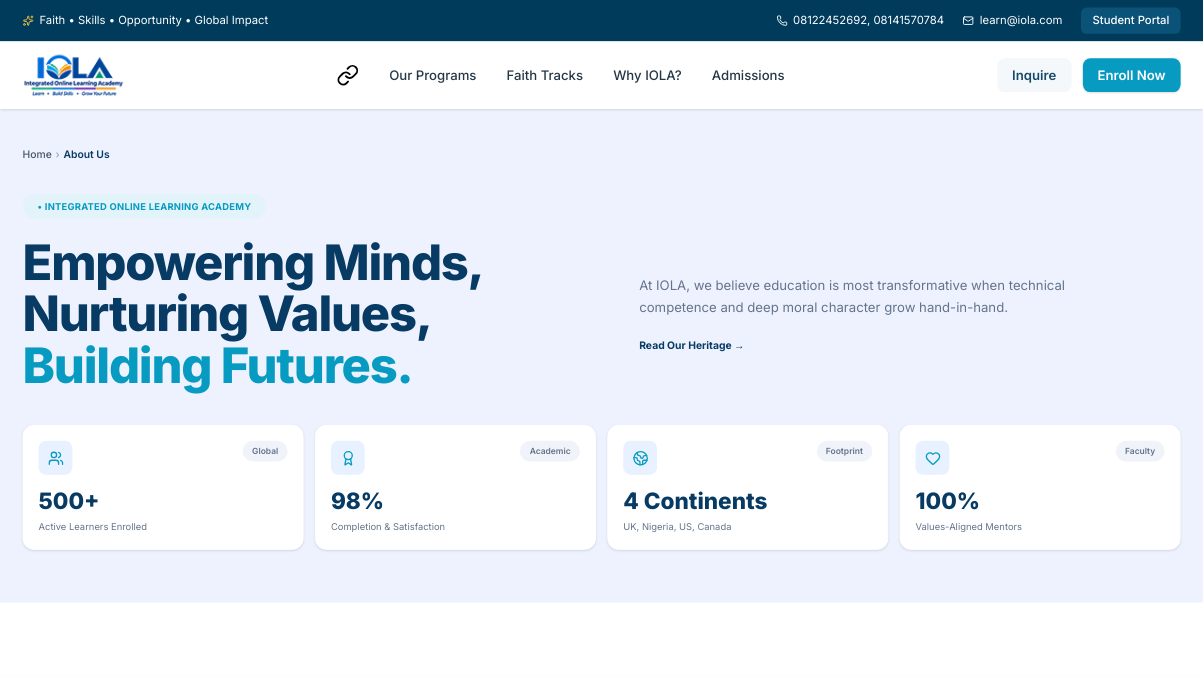
Repository: segunrotini/iola
Page: /about
An editor plug-in stored every save of this project. The page is shown before and after the next save, followed by the edit.
The browser window is 1280 px wide. The pictures show the whole page, at 94% of full size.
The project was rebuilt for these pictures with package versions that can differ from the ones it lists, and the page was loaded fresh each time. Also part of the build but not shown: vite.config.ts, src/components/home/Hero-section.tsx, src/components/home/WhyChooseUs.tsx, src/components/home/Programs.tsx, src/components/home/Testimonials.tsx, src/components/home/LearningProcess.tsx, src/components/home/AdmissionSection.tsx, src/components/home/Footer.tsx and 1 more.

Above is the page before, as saved 2026-10-07 14:03:15.

### index.html
<!doctype html>
<html lang="en">
  <head>
    <meta charset="UTF-8" />
    <link rel="icon" type="image/svg+xml" href="/favicon.svg" />
    <meta name="viewport" content="width=device-width, initial-scale=1.0" />
    <title>integrated-online-learning-academy</title>
  </head>
  <body>
    <div id="root"></div>
    <script type="module" src="/src/main.tsx"></script>
  </body>
</html>

### src/index.css
@import url('https://fonts.googleapis.com/css2?family=Inter:wght@400;500;600;700;800&family=Montserrat:wght@400;500;600;700;800&display=swap');
@import "tailwindcss";

:root {
	font-family: "Inter", "Montserrat", sans-serif;
}

### src/App.tsx

import { Route, Routes } from "react-router-dom";
import AboutUs from "./components/pages/public/Aboutus";
import Homepage from "./components/pages/public/Hompage";

function App() {
  return (
    <Routes>
      <Route path="/" element={<Homepage />} />
      <Route path="/about" element={<AboutUs />} />

    </Routes>
  );
}

export default App;

### src/components/pages/public/Aboutus.tsx

import AboutHero from "../../home/Abouthero";


import Nav from "../../home/Nav";
import Topbar from "../../home/topbar";

function AboutUs() {
  return (
    <>
      <Topbar/>
      <Nav />
      <AboutHero />
    </>
  );
}

export default AboutUs;

### src/components/home/Abouthero.tsx
import {
  Award,
  Globe2,
  Heart,
  Users,
} from "lucide-react";

const stats = [
  {
    icon: Users,
    badge: "Global",
    value: "500+",
    label: "Active Learners Enrolled",
  },
  {
    icon: Award,
    badge: "Academic",
    value: "98%",
    label: "Completion & Satisfaction",
  },
  {
    icon: Globe2,
    badge: "Footprint",
    value: "4 Continents",
    label: "UK, Nigeria, US, Canada",
  },
  {
    icon: Heart,
    badge: "Faculty",
    value: "100%",
    label: "Values-Aligned Mentors",
  },
];

function AboutHero() {
  return (
    <section className="bg-[#EEF2FF]">
      <div className="mx-auto max-w-7xl px-4 pb-12 pt-8 sm:px-6 sm:pb-14 sm:pt-10">
        <div className="text-[11px] font-medium text-[#475569]">
          Home
          <span className="mx-1 text-[#94A3B8]">›</span>
          <span className="font-semibold text-[#073B63]">About Us</span>
        </div>

        <div className="mt-8 grid items-center gap-10 lg:grid-cols-2 lg:gap-20">
          <div>
            <span className="inline-flex items-center rounded-full bg-[#E2F4FA] px-4 py-1.5 text-[10px] font-bold uppercase tracking-wide text-[#079BC2]">
              • Integrated Online Learning Academy
            </span>

            <h1 className="mt-5 max-w-xl text-4xl font-extrabold leading-[1.05] tracking-tight text-[#073B63] sm:text-5xl lg:text-[52px]">
              Empowering Minds,
              <br />
              Nurturing Values,
              <br />
              <span className="text-[#079BC2]">Building Futures.</span>
            </h1>
          </div>

          <div className="lg:pt-12">
            <p className="max-w-lg text-sm leading-6 text-[#64748B]">
              At IOLA, we believe education is most transformative when
              technical competence and deep moral character grow
              hand-in-hand.
            </p>

            <a
              href="#heritage"
              className="mt-5 inline-flex text-[11px] font-bold text-[#073B63] transition hover:text-[#079BC2]"
            >
              Read Our Heritage →
            </a>
          </div>
        </div>

        <div className="mt-9 grid gap-3 sm:grid-cols-2 lg:grid-cols-4">
          {stats.map((stat) => {
            const Icon = stat.icon;

            return (
              <div
                key={stat.value}
                className="rounded-xl border border-white bg-white p-4 shadow-sm"
              >
                <div className="flex items-start justify-between">
                  <div className="flex h-9 w-9 items-center justify-center rounded-lg bg-[#E8F1FF]">
                    <Icon size={17} className="text-[#079BC2]" />
                  </div>

                  <span className="rounded-full bg-[#F1F3FA] px-2.5 py-1 text-[9px] font-semibold text-[#64748B]">
                    {stat.badge}
                  </span>
                </div>

                <p className="mt-4 text-2xl font-extrabold leading-none text-[#073B63]">
                  {stat.value}
                </p>

                <p className="mt-2 text-[10px] text-[#64748B]">
                  {stat.label}
                </p>
              </div>
            );
          })}
        </div>
      </div>
    </section>
  );
};

export default AboutHero;

### src/components/home/Nav.tsx
import { Link, Menu, X } from "lucide-react";
import { useState } from "react";
import logo from "../../assets/logo.png";

const Navbar = () => {
  const [isOpen, setIsOpen] = useState(false);

  return (
    <nav className="relative bg-white shadow-sm">
      <div className="mx-auto flex max-w-7xl items-center justify-between px-4 py-3 sm:px-6">
        <a href="/" className="flex items-center">
          <img

            src={logo}
            alt="logo"
            className="h-12 w-auto object-contain"
          />
        </a>

        <div className="hidden items-center gap-8 lg:flex">
           <Link to="/about" >
              About Us
            </Link>
          <a
            href="#programs"
            className="text-sm font-medium text-[#263746] transition hover:text-[#008DB2]"
          >
            Our Programs
          </a>

          <a
            href="#faith-tracks"
            className="text-sm font-medium text-[#263746] transition hover:text-[#008DB2]"
          >
            Faith Tracks
          </a>

          <a
            href="#why-iola"
            className="text-sm font-medium text-[#263746] transition hover:text-[#008DB2]"
          >
            Why IOLA?
          </a>

          <a
            href="#admissions"
            className="text-sm font-medium text-[#263746] transition hover:text-[#008DB2]"
          >
            Admissions
          </a>
        </div>

        <div className="hidden items-center gap-3 lg:flex">
          <a
            href="#inquire"
            className="rounded-lg bg-[#F4F8FA] px-4 py-2 text-sm font-semibold text-[#164A6B] transition hover:bg-[#E8F1F5]"
          >
            Inquire
          </a>

          <a
            href="#enroll"
            className="rounded-lg bg-[#079BC2] px-4 py-2 text-sm font-semibold text-white shadow-sm transition hover:bg-[#0789AB]"
          >
            Enroll Now
          </a>
        </div>

        <button
          type="button"
          onClick={() => setIsOpen(!isOpen)}
          className="rounded-lg p-2 text-[#003B5C] lg:hidden"
          aria-label="Toggle navigation"
        >
          {isOpen ? <X size={24} /> : <Menu size={24} />}
        </button>
      </div>

      {isOpen && (
        <div className="border-t border-gray-100 bg-white px-4 pb-5 pt-3 lg:hidden">
          <div className="flex flex-col gap-1">
            <a
              href="#about"
              onClick={() => setIsOpen(false)}
              className="rounded-lg px-3 py-3 text-sm font-medium text-[#263746] hover:bg-[#F4F8FA]"
            >
              About Us
            </a>

            <a
              href="#programs"
              onClick={() => setIsOpen(false)}
              className="rounded-lg px-3 py-3 text-sm font-medium text-[#263746] hover:bg-[#F4F8FA]"
            >
              Our Programs
            </a>

            <a
              href="#faith-tracks"
              onClick={() => setIsOpen(false)}
              className="rounded-lg px-3 py-3 text-sm font-medium text-[#263746] hover:bg-[#F4F8FA]"
            >
              Faith Tracks
            </a>

            <a
              href="#why-iola"
              onClick={() => setIsOpen(false)}
              className="rounded-lg px-3 py-3 text-sm font-medium text-[#263746] hover:bg-[#F4F8FA]"
            >
              Why IOLA?
            </a>

            <a
              href="#admissions"
              onClick={() => setIsOpen(false)}
              className="rounded-lg px-3 py-3 text-sm font-medium text-[#263746] hover:bg-[#F4F8FA]"
            >
              Admissions
            </a>

            <div className="mt-2 flex gap-3 border-t border-gray-100 pt-4">
              <a
                href="#inquire"
                className="flex-1 rounded-lg bg-[#F4F8FA] px-4 py-2.5 text-center text-sm font-semibold text-[#164A6B]"
              >
                Inquire
              </a>

              <a
                href="#enroll"
                className="flex-1 rounded-lg bg-[#079BC2] px-4 py-2.5 text-center text-sm font-semibold text-white"
              >
                Enroll Now
              </a>
            </div>
          </div>
        </div>
      )}
    </nav>
  );
};

export default Navbar;

### src/components/home/topbar.tsx
import { Mail, Phone, Sparkles } from "lucide-react";

const TopBar = () => {
  return (
    <div className="bg-[#003B5C] text-white">
      <div className="mx-auto flex max-w-7xl flex-col gap-2 px-4 py-2 text-[10px] sm:flex-row sm:items-center sm:justify-between sm:px-6 sm:text-xs">
        <div className="flex items-center gap-1.5">
          <Sparkles size={12} className="text-[#F4C542]" />
          <span>Faith • Skills • Opportunity • Global Impact</span>
        </div>

        <div className="flex flex-col items-start gap-2 sm:flex-row sm:items-center sm:gap-5">
          <a
            href="tel:+2348122452692"
            className="flex items-center gap-1.5 transition hover:text-[#5DE1E6]"
          >
            <Phone size={12} />
            <span>08122452692, 08141570784</span>
          </a>

          <a
            href="mailto:learn@iola.com"
            className="flex items-center gap-1.5 transition hover:text-[#5DE1E6]"
          >
            <Mail size={12} />
            <span>learn@iola.com</span>
          </a>

          <a
            href="#student-portal"
            className="rounded-md bg-[#0B5278] px-3 py-1.5 font-medium transition hover:bg-[#08658F]"
          >
            Student Portal
          </a>
        </div>
      </div>
    </div>
  );
};

export default TopBar;

### src/components/home/AboutVision.tsx
import {
  Eye,
  Globe2,
  Rocket,
  Users,
} from "lucide-react";

function AboutVision() {
  return (
    <section className="bg-[#F8F9FF] py-10 sm:py-12">
      <div className="mx-auto grid max-w-7xl gap-5 px-4 sm:px-6 lg:grid-cols-2">
        <div className="relative overflow-hidden rounded-xl bg-[#06355E] p-6 text-white shadow-md sm:p-7">
          <div className="absolute -right-16 -top-16 h-40 w-40 rounded-full bg-[#0B5A8D]/40 blur-2xl" />

          <div className="relative">
            <div className="flex h-10 w-10 items-center justify-center rounded-lg bg-[#0A5687]">
              <Rocket size={19} className="text-[#73DDF2]" />
            </div>

            <p className="mt-5 text-[9px] font-bold uppercase tracking-[0.15em] text-[#72D8EE]">
              Our Core Purpose
            </p>

            <h2 className="mt-2 text-2xl font-extrabold text-white sm:text-3xl">
              Academy Mission
            </h2>

            <p className="mt-3 max-w-xl text-[11px] leading-5 text-[#D2E1EC] sm:text-xs">
              Provide accessible, world-class digital, language, STEM, and
              faith-grounded education for children, teens, and adults
              regardless of geographical boundaries.
            </p>

            <div className="mt-6 flex flex-wrap gap-2">
              <span className="inline-flex items-center gap-1.5 rounded-full bg-[#0A4B79] px-3 py-1.5 text-[9px] font-medium text-[#D8EDF6]">
                <Globe2 size={11} />
                Accessible Everywhere
              </span>

              <span className="inline-flex items-center gap-1.5 rounded-full bg-[#0A4B79] px-3 py-1.5 text-[9px] font-medium text-[#D8EDF6]">
                <Users size={11} />
                All Age Groups
              </span>
            </div>
          </div>
        </div>

        <div className="rounded-xl border border-[#E5E9F2] bg-white p-6 shadow-sm sm:p-7">
          <div className="flex h-10 w-10 items-center justify-center rounded-lg bg-[#E9F1FF]">
            <Eye size={19} className="text-[#079BC2]" />
          </div>

          <p className="mt-5 text-[9px] font-bold uppercase tracking-[0.15em] text-[#079BC2]">
            The Horizon
          </p>

          <h2 className="mt-2 text-2xl font-extrabold text-[#073B63] sm:text-3xl">
            Our Global Vision
          </h2>

          <p className="mt-3 text-[11px] leading-5 text-[#64748B] sm:text-xs">
            To be the world's most trusted hybrid online academy fostering
            visionary digital innovators anchored in strong moral faith
            principles.
          </p>

          <div className="mt-5 flex items-start gap-3 rounded-lg bg-[#F0F3FF] p-3">
            <div className="mt-0.5 flex h-6 w-6 shrink-0 items-center justify-center rounded-md bg-white">
              <Globe2 size={13} className="text-[#079BC2]" />
            </div>

            <p className="text-[9px] leading-4 text-[#64748B]">
              Unifying high-standard British/International curriculum
              benchmarking with holistic ethical integrity.
            </p>
          </div>
        </div>
      </div>
    </section>
  );
};

export default AboutVision;

Loaded but not shown: src/main.tsx (common file)

After the next save:
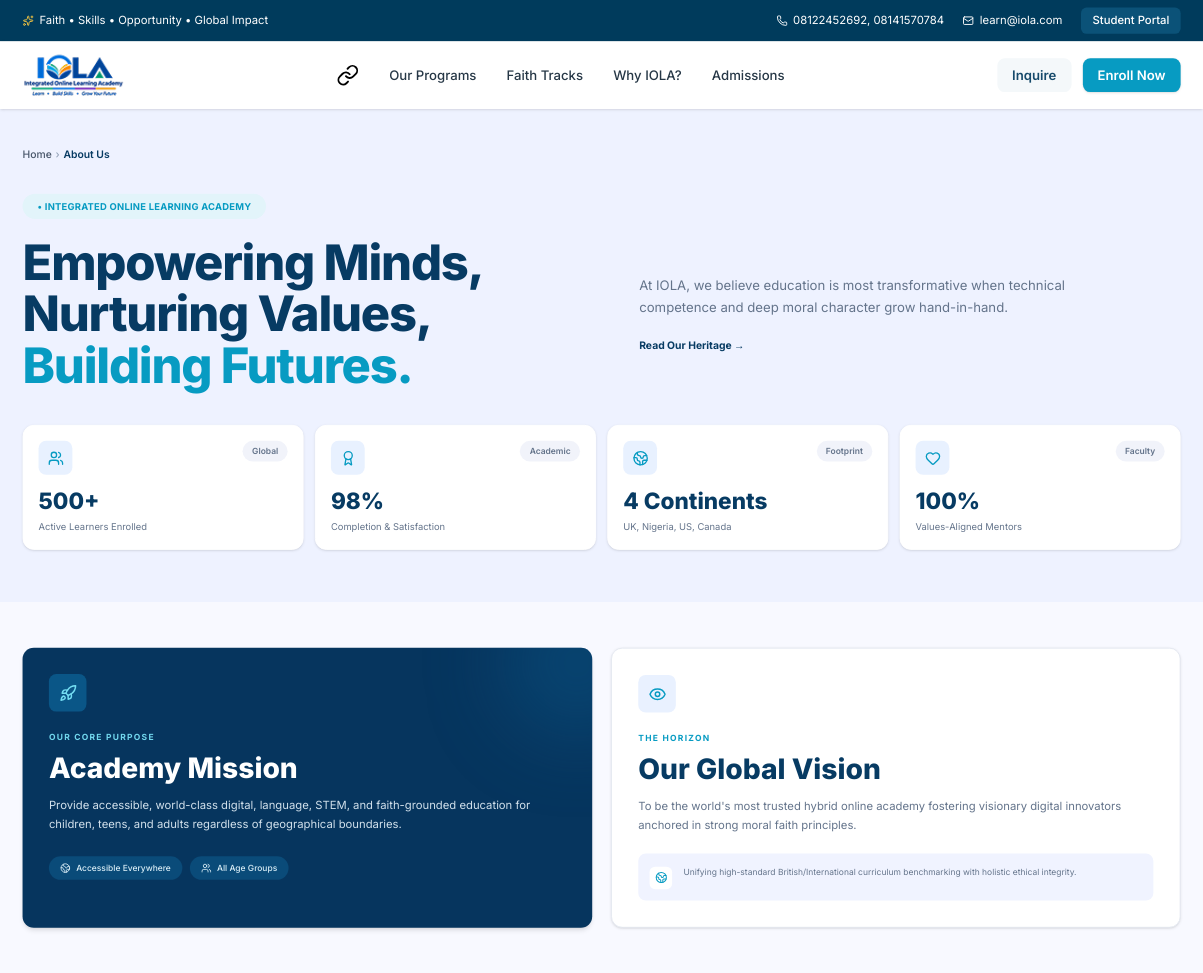
Saved 24 s later.
--- a/src/components/pages/public/Aboutus.tsx
+++ b/src/components/pages/public/Aboutus.tsx
@@ -1,5 +1,6 @@
 
 import AboutHero from "../../home/Abouthero";
+import AboutVision from "../../home/AboutVision";
 
 
 import Nav from "../../home/Nav";
@@ -11,6 +12,7 @@
       <Topbar/>
       <Nav />
       <AboutHero />
+      <AboutVision />
     </>
   );
 }
